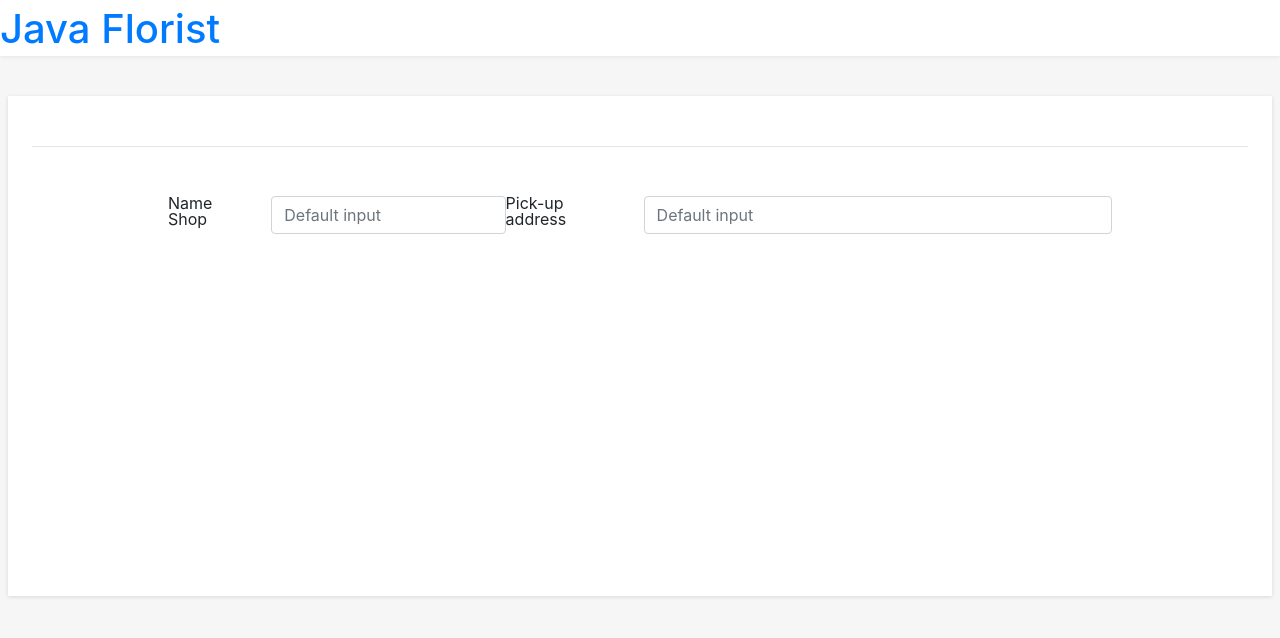
Repository: hienttm/flower-java-florist
Page: JavaFlorist/JavaFlorist/wwwroot/BecomePartner/index.html
The author's editor kept a copy of each file at every save. The page is drawn from the files as they stood at one save, then again after a run of saves.
The browser window is 1280 px wide. The pictures show the whole page.
Some web libraries are served in a nearby version.

Above is the page before, as saved 2023-12-29 17:50:17.

After the next 2 saves:
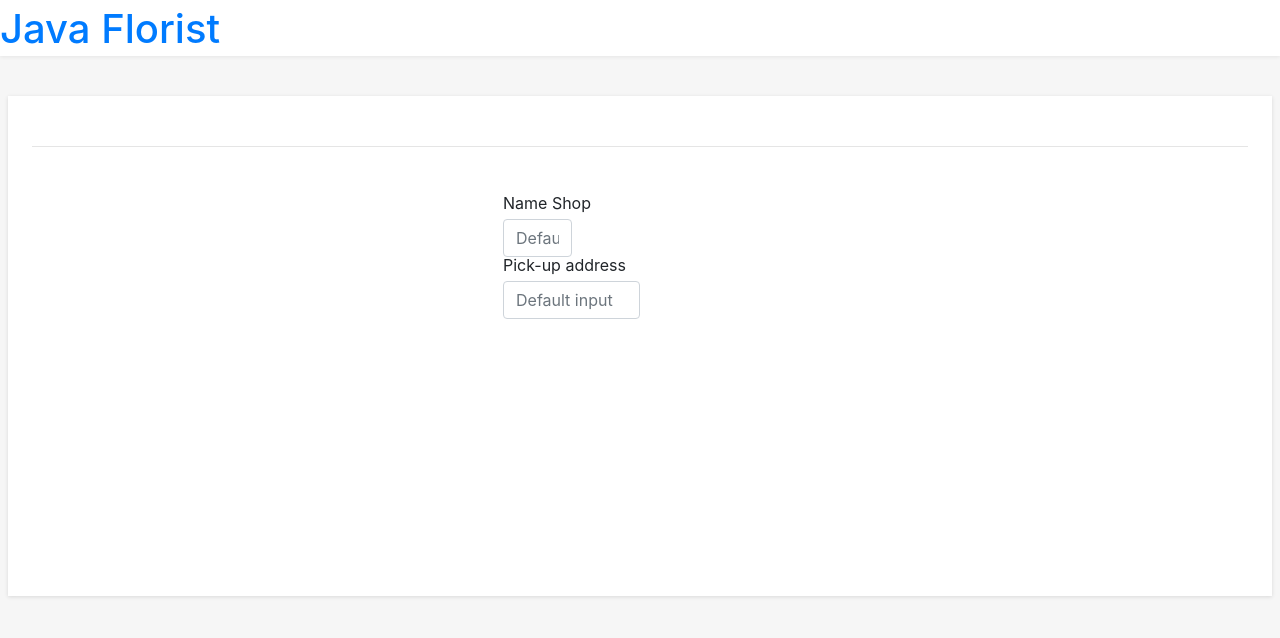
The 2 saves are shown as one change because they came seconds apart.
The last was saved 21 s later.
--- a/JavaFlorist/JavaFlorist/wwwroot/BecomePartner/index.html
+++ b/JavaFlorist/JavaFlorist/wwwroot/BecomePartner/index.html
@@ -29,8 +29,8 @@
                     <div class="flow-step-content">
                         <div class="steps-header"></div>
                         <div class="form-input">
-                            <form action="">
-                                <div class="onboarding-form-item d-flex align-items-center justify-content-center">
+                            <form action="" class="d-flex align-items-center justify-content-center">
+                                <div class="onboarding-form-item">
                                     <label class="pr-3" for="">Name Shop</label>
                                     <input class="form-control w-25" type="text" placeholder="Default input">
                                     <label class="pr-3" for="">Pick-up address</label>
